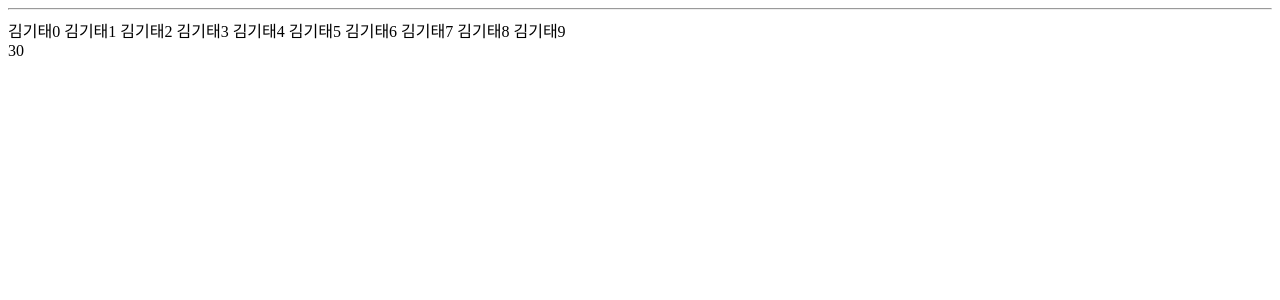
Repository: Show-And-Prove/jsp
Page: http://localhost/practice01/
These files come from the project's save history. The page is drawn as it stood at one moment and after the next save; the edit follows.
The browser window is 1280 px wide. The pictures show the whole page.
The page is served by Tomcat 9. Other server files are loaded and not shown.

Above is the page before, as saved 2022-10-11 05:54:11.

### practice01/WebContent/index.jsp
<%@ page language="java" contentType="text/html; charset=UTF-8"
    pageEncoding="UTF-8"%>
<%@ page import="java.util.Date" %>
<!DOCTYPE html>
<html>
<head>
<meta charset="UTF-8">
<title>웹 문서 테스트</title>
</head>
<body>
<%!
	//선언문 - 객체, 변수, 메소드 선언시
	int a = 20;
	int b = 30;
	Date now = new Date();
%>
<hr>
<%
	//처리 구문 -> 스크립트릿(scriptlet) : 자바코드
	int c;
	String name = "김기태";
	if(a>b){
		c = a;
	}else{
		c = b;
	}
	for(int d=0;d<10;d++){
		out.println(name+d);
	}
%>
<div id="result"><!-- 각주 --><%=c %>
<!-- jsp 각주 -->
</div>
</body>
</html>

After the next save:
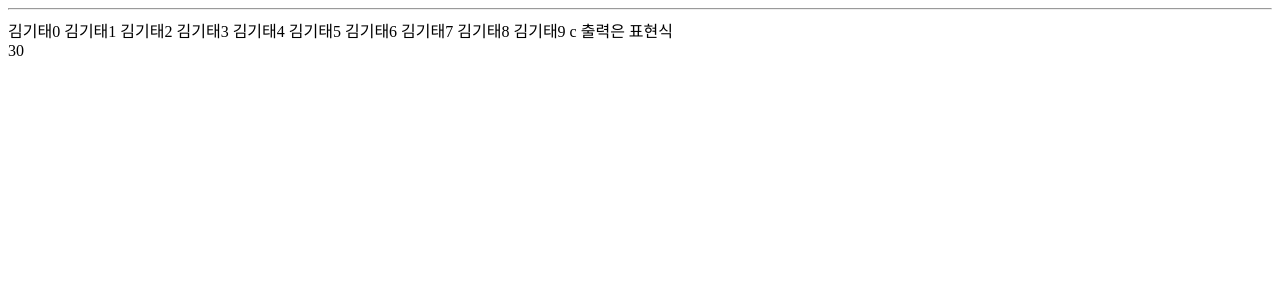
Saved 2 min 12 s later.
--- a/practice01/WebContent/index.jsp
+++ b/practice01/WebContent/index.jsp
@@ -27,8 +27,9 @@
 	for(int d=0;d<10;d++){
 		out.println(name+d);
 	}
+	out.println("c 출력은 표현식");
 %>
-<div id="result"><!-- 각주 --><%=c %>
+<div id="result"><!-- 각주 --> <%=c %>
 <!-- jsp 각주 -->
 </div>
 </body>
